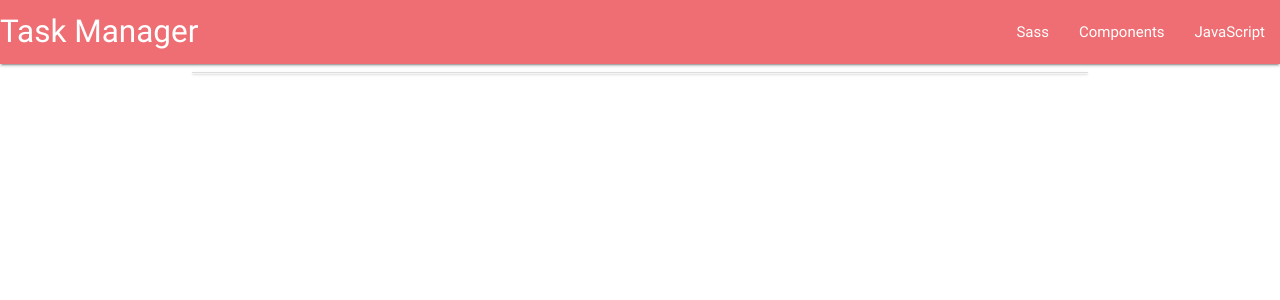
Repository: ALDrinkwater1989/task-manager
Page: http://localhost/
The author's editor kept a record of every edit. The page is drawn from the files as they stood at one moment, then again after the next edit.
The browser window is 1280 px wide. The pictures show the whole page.
Some web libraries are served in a nearby version. The page is served by the project's application, run on Flask 3 (app.py). Queries for data that is not in the repository find no rows.

Above is the page before.

After the next edit:
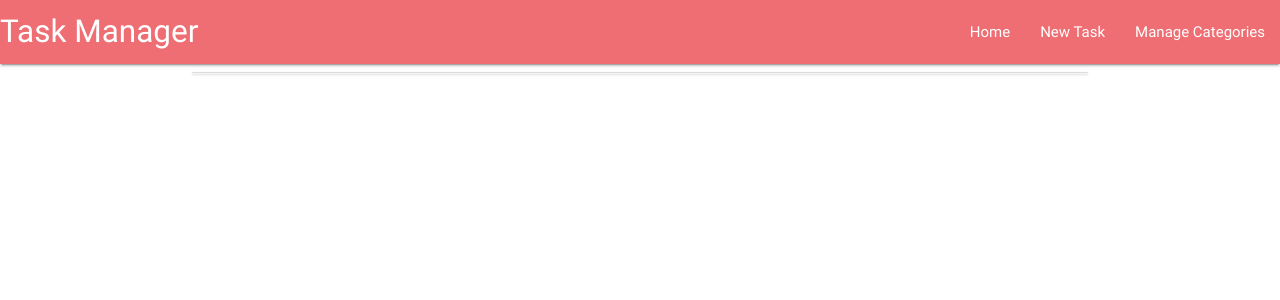
The edit:
--- a/templates/base.html
+++ b/templates/base.html
@@ -10,12 +10,18 @@
 <body>
     <header>
         <nav>
-            <div class="nav-wrapper">
-                <a href="#" class="brand-logo">Task Manager</a>
+                <div class="nav-wrapper">
+                <a href="{{url_for('get_tasks')}}" class="brand-logo">Task Manager</a>
+                <a href="#" data-activates="mobile-demo" class="button-collapse"><i class="material-icons">menu</i></a>
                 <ul id="nav-mobile" class="right hide-on-med-and-down">
-                    <li><a href="sass.html">Sass</a></li>
-                    <li><a href="badges.html">Components</a></li>
-                    <li><a href="collapsible.html">JavaScript</a></li>
+                    <li><a href="{{url_for('get_tasks')}}">Home</a></li>
+                    <li><a href="{{url_for('add_task')}}">New Task</a></li>
+                    <li><a href="{{url_for('get_categories')}}">Manage Categories</a></li>
+                </ul>
+                  <ul class="side-nav" id="mobile-demo">
+                    <li><a href="{{url_for('get_tasks')}}">Home</a></li>
+                    <li><a href="{{url_for('add_task')}}">New Task</a></li>
+                    <li><a href="{{url_for('get_categories')}}">Manage Categories</a></li>
                 </ul>
             </div>
         </nav>
